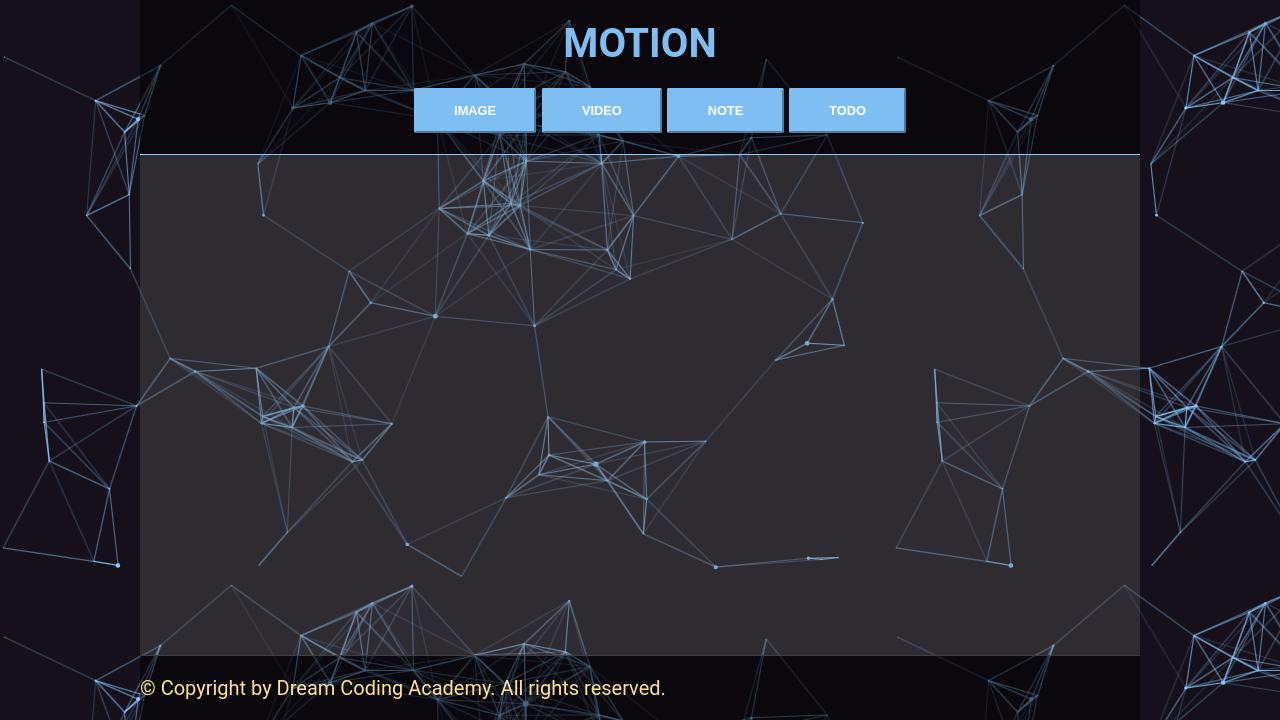
Repository: chefkuna/Motion
Page: index.html
The author's editor kept a copy of each file at every save. The page is drawn from the files as they stood at one save, then again after the next save.
The browser window is 1280 px wide. The pictures show the whole page.

Above is the page before, as saved 2022-08-21 14:51:44.

### index.html
<!DOCTYPE html>
<html lang="en">
<head>
  <meta charset="UTF-8">
  <meta http-equiv="X-UA-Compatible" content="IE=edge">
  <meta name="viewport" content="width=device-width, initial-scale=1.0">
  <title>Motion</title>
  <link rel="stylesheet" href="./style/style.css">
  <script src='./dist/app.js' defer></script>
</head>
<body>
  <div class="app">
    <header class='banner'>
      <h1 class="banner__title">MOTION</h1>
      <ul class="control-panel">
        <li><button id='new-image' class="create-button">Image</button></li>
        <li><button id='new-video' class="create-button">Video</button></li>
        <li><button id='new-note' class="create-button">Note</button></li>
        <li><button id='new-todo' class="create-button">Todo</button></li>
      </ul>
    </header>
    <main class='document'></main>
    <footer class="footer">
      <p>© Copyright by Dream Coding Academy. All rights reserved.</p>
    </footer>
  </div>

</body>
</html>

### style/style.css
:root {
  --bg-main-color: #00000080;
  --bg-accent-color: #89c9ff;
  --accent-color: #7ebef3;
  --text-accent-color: #ffe498;
  --text-edit-bg-color: #575757;
  --border-color: #3f3f3f;
  --shadow-color: #202020;
  --document-bg-color: #68686850;
  --component-bg-gradient: radial-gradient(circle, #646464e6 0%, #363636e6 100%);
  --smokywhite: #dddbd8;
  --black: #000000;
  --translucent-black: #00000099;
}



li {
  list-style: none;
  padding-left: 0;
}

p {
  color: var(--text-accent-color);
}

body {
  background: url('../assets/background.png');
  font-family: Roboto, Oxygen, sans-serif;
  display: flex;
  justify-content: center;
  height: 100vh;
  overflow: hidden;
  font-size: 1.25rem;
  margin: 0;
}

.app {
  width: 100%;
  max-width: 1000px;
  height: 100%;
  display: flex;
  flex-direction: column;
}

.banner {
  background-color: var(--bg-main-color);
  border-bottom: 1px solid var(--bg-accent-color);
  text-align: center;
}

.banner__title {
  color: var(--accent-color);
  margin: 20px;
  text-align: center;
}

.control-panel {
  display: flex;
  align-items: center;
  justify-content: center;
}

.create-button {
  margin: 0.1em 0.2em;
  text-align: center;
  user-select: none;
  padding: 1em 3em;
  text-transform: uppercase;
  font-weight: 600;
  font-size: 0.8rem;
  color: white;
  background-color: var(--accent-color);
  border-color: var(--accent-color);
  border-radius: 2px;
}

.document {
  height: 100%;
  overflow-y: auto;
  background-color: var(--document-bg-color);
}

.document::-webkit-scrollbar {
  background-color: var(--bg-accent-color);
  width: 6px;
}

.document::-webkit-scrollbar-thumb {
  background-color: var(--accent-color);
}

.footer {
  background: var(--bg-main-color);
  border-top: 1px solid var(--border-color);
}

Loaded but not shown: dist/app.js (no copy from this time; the picture is the same without it)

After the next save:
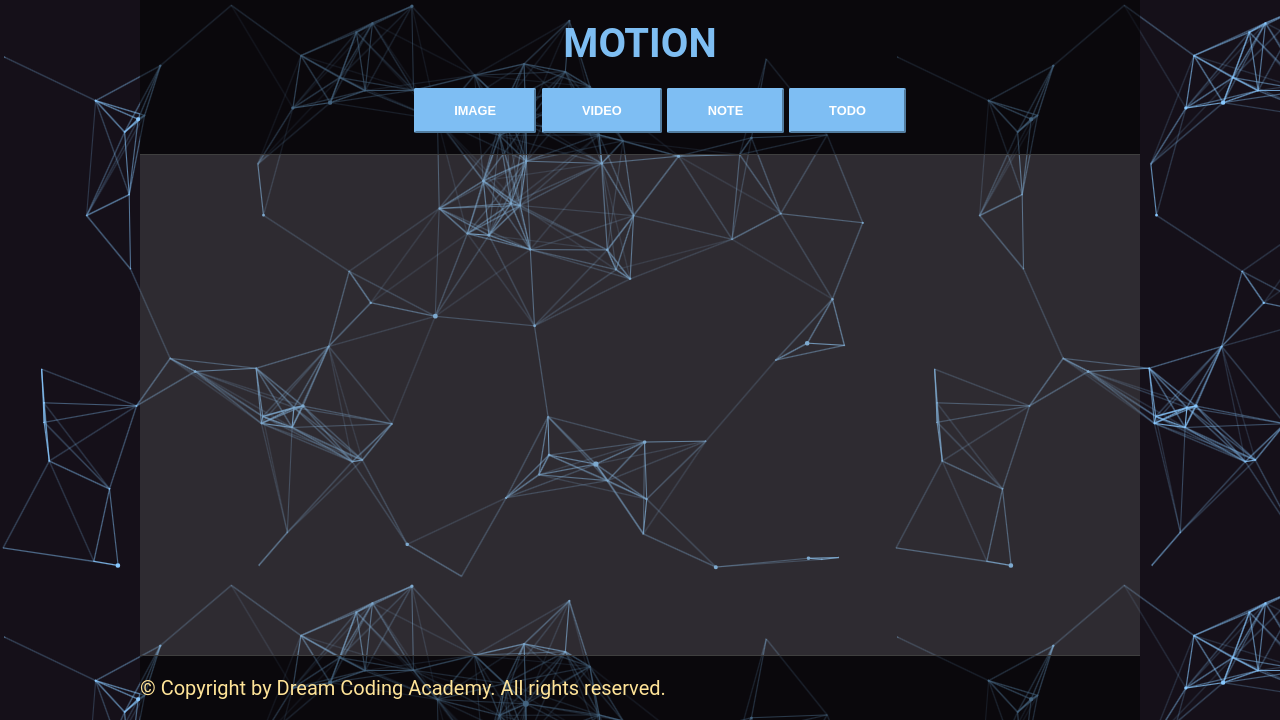
Saved 15 s later.
--- a/style/style.css
+++ b/style/style.css
@@ -45,7 +45,7 @@ body {
 
 .banner {
   background-color: var(--bg-main-color);
-  border-bottom: 1px solid var(--bg-accent-color);
+  border-bottom: 1px solid var(--border-color);
   text-align: center;
 }
 
